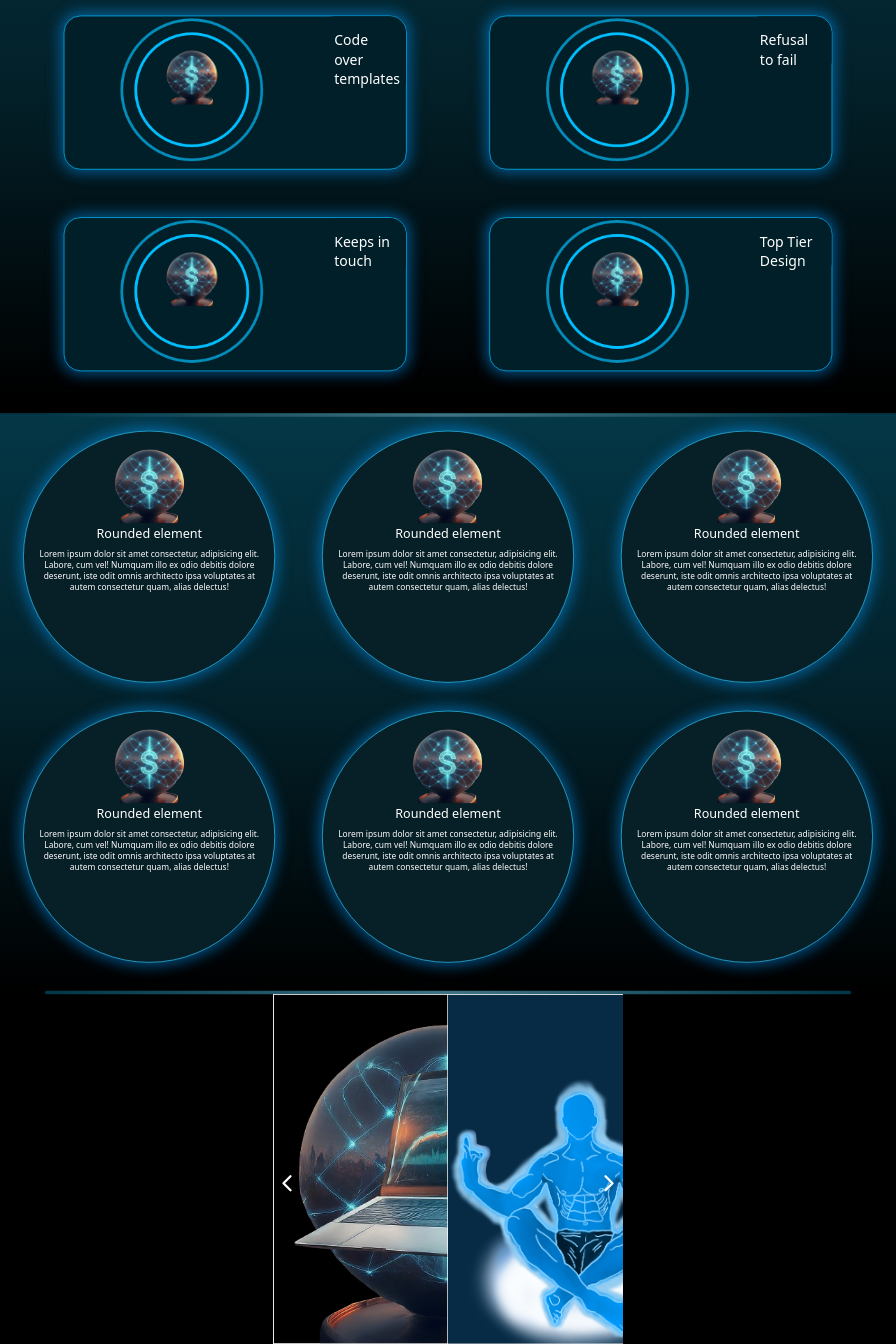
Repository: TMuse333/q3-desings2
Page: /
These files come from the project's save history. The page is drawn as it stood at one moment and after a run of saves; the edit follows.
The browser window is 1280 px wide. The pictures show the part of the page from y = 1046 to 2966 px (the page is 2966 px tall), at 70% of full size.
The project was rebuilt for these pictures with package versions that can differ from the ones it lists, and the page was loaded fresh each time. Also part of the build but not shown: vite.config.ts.

Above is the page before, as saved 2024-05-11 14:11:35.

### src/main.tsx
import React from 'react'
import ReactDOM from 'react-dom/client'
import App from './App.js'
import './index.css'
import {ContextProvider} from './context/context'

ReactDOM.createRoot(document.getElementById('root')!).render(
  <ContextProvider>
  <React.StrictMode>
    <App />
  </React.StrictMode>
  </ContextProvider>,
)

### src/App.tsx


import './App.css'

import Homepage from './components/homepage/homepage'

function App() {


  return (
    <>
<Homepage/>
    </>
  )
}

export default App

### src/index.css
@tailwind base;
@tailwind components;
@tailwind utilities;

#root{
    background-color: black;
    height:100vh;
}

body{
    background-color: black;
}

button{
    padding:0.5rem 2rem;
    background-color: black;
    color:white;
    border-radius: 1rem;
}

h1{
    color:white;
    font-size: 2rem;
}

p{
    color:white;
    /* font-size: 1.5rem; */
}

button{
    background-color: #00769e;
}

.glow {
    box-shadow: 0 0 20px 5px #3e7384;
    box-shadow: 0 0 20px 5px #003647;
box-shadow: 0 0 20px 5px rgba(2, 148, 245, 0.5);
}

.glow:hover{
    box-shadow: 0 0 40px 5px rgba(2, 148, 245, 0.5);
}

### src/context/context.tsx
import React, { createContext, useState, useContext, ReactNode, useEffect } from 'react';

// Define the type for the context value
interface GeneralContextType {
  textYPosition: number;
  setTextYPosition: React.Dispatch<React.SetStateAction<number>>;
  isMobile: boolean;
  setIsMobile: React.Dispatch<React.SetStateAction<boolean>>;
  setSecondCircleComplete:React.Dispatch<React.SetStateAction<boolean[]>>;
  secondCircleComplete: boolean[];
  isMobile2: boolean;
  setIsMobile2: React.Dispatch<React.SetStateAction<boolean>>;
  handleCircleComplete: (index: number, value: boolean) => void;
}

// Create the context
export const GeneralContext = createContext<GeneralContextType | undefined>(undefined);

// Create a provider component
export const ContextProvider: React.FC<{ children: ReactNode }> = ({ children }) => {
  // Initialize the value state
  const [textYPosition, setTextYPosition] = useState<number>(0);

  // Detect mobile devices
  const [isMobile, setIsMobile] = useState<boolean>(window.innerWidth <= 655);

  const [isMobile2, setIsMobile2] = useState<boolean>(window.innerWidth <= 655);

  const [secondCircleComplete, setSecondCircleComplete] = useState<boolean[]>(
    Array.from({ length: 7 }, () => false)
  );

  const handleCircleComplete = (index: number, value: boolean) => {
    setSecondCircleComplete((prev) => {
      const newState = [...prev]; // Create a copy of the previous state array
      newState[index] = value; // Update the value at the specified index
      return newState; // Return the new state array
    });
  };



  useEffect(() => {
    const handleScroll = () => {
      setIsMobile(window.innerWidth <= 655);
    };
    window.addEventListener('scroll', handleScroll);
    handleScroll();

    return () => {
      window.removeEventListener('scroll', handleScroll);
    };
  }, []);

  useEffect(() => {
    const handleScroll = () => {
      setIsMobile2(window.innerWidth <= 400);
    };
    window.addEventListener('scroll', handleScroll);
    handleScroll();

    return () => {
      window.removeEventListener('scroll', handleScroll);
    };
  }, []);

  useEffect(() => {
    console.log('is mobile', isMobile);
  }, [isMobile]);

  const contextValue = {
    textYPosition,
    setTextYPosition,
    isMobile,
    setIsMobile,
    secondCircleComplete,
    setSecondCircleComplete,
    isMobile2,
    setIsMobile2,
    handleCircleComplete
  };

  return <GeneralContext.Provider value={contextValue}>{children}</GeneralContext.Provider>;
};

export const useGeneralContext = (): GeneralContextType => {
  const context = useContext(GeneralContext);
  if (!context) {
    throw new Error('useGeneralContext must be used within a ContextProvider');
  }
  return context;
};

### src/App.css
#root {
  max-width: 1280px;
  margin: 0 auto;
  padding: 2rem;
  text-align: center;
}

.logo {
  height: 6em;
  padding: 1.5em;
  will-change: filter;
  transition: filter 300ms;
}
.logo:hover {
  filter: drop-shadow(0 0 2em #646cffaa);
}
.logo.react:hover {
  filter: drop-shadow(0 0 2em #61dafbaa);
}

.h1{
  color:red;
}

@keyframes logo-spin {
  from {
    transform: rotate(0deg);
  }
  to {
    transform: rotate(360deg);
  }
}

@media (prefers-reduced-motion: no-preference) {
  a:nth-of-type(2) .logo {
    animation: logo-spin infinite 20s linear;
  }
}

.card {
  padding: 2em;
}

.read-the-docs {
  color: #888;
}

### src/components/homepage/homepage.tsx
import React from "react";
import { CircleInfoGraphic } from "../circleInfographic/circleInfoGraphic";
import Content from "../content/content";
import q3 from '../../media/q3-visuals-logo-2.png'
import TextFormat from "../textFormat/textFormat";

// import { TextParallaxContentExample } from "../parallaxText/parallaxText";
import MultiLayerParallax from "../mountainParallax/mountainParallax";
import ParticlesComponent from "../particles/particles";
import nobgLaptop from '../../media/Gemini_Generated_Image_r055a1r055a1r055-removebg-preview.png'
import moneyBall from '../../media/futuristic-money-ball-removebg-preview.png'
import { description1 } from "../../data/data";
import AlternatingText from "../alternatingText/alternatingText";

import CircleList from "../circleListElement/circleList";
import Carousel from "../carousel/carousel";


const Homepage: React.FC = () => {

    const images = [
        moneyBall,
        nobgLaptop,
        q3
    ]


    // useEffect(() => {
    //     const loadTime = window.performance.timing.loadEventEnd - window.performance.timing.navigationStart;
    //     console.log('Page load time:', loadTime, 'milliseconds');
    // }, []);



    return (
        <section className="absolute top-0 left-0 w-screen">


            {/* <ParticlesComponent/> */}
            <MultiLayerParallax/>

            {/* <TextParallaxContentExample/> */}

            {/* <Content
            mainTitle='Your digital presence is important'
            image={nobgLaptop}
            customText={null}
            reverse={true}
            description={description1}
            floatingImage={true}
            hasAnimation={true}
            />

            <AlternatingText/>

            <Content
            mainTitle='Benefits of a website'
            image={moneyBall}
            customText={<TextFormat
            isAnimated={true}
            reverse={false}/>}
            reverse={false}
            description={null}
            floatingImage={true}
            hasAnimation={true}

            /> */}



<div className="relative bg-gradient-to-b from-[#043747] via-[#032029] to-transparent w-screen">
<CircleList/>
</div>

<div className="relative bg-gradient-to-b from-[#043747] via-[#032029] to-transparent w-screen">

<CircleInfoGraphic/>
</div>


<Carousel images={images}

/>




        </section>
    )
}


export default Homepage

### src/components/circleInfographic/circleInfoGraphic.tsx
import React, {useState,useRef } from "react";
import ball from '../../media/futuristic-money-ball-removebg-preview.png'
import { motion,Variants} from 'framer-motion'
import useIntersectionObserver from "../intersectionObserver/intersectionObserver";
interface CircleProps {
    image:string
}

const CircleElement: React.FC<CircleProps> = ({image}) => {

    const [inView, setInView] = useState<boolean>(false)

    const options = {
        root: null,
        rootMargin: '-25px',
        threshold: 1,
    };

    // Apply intersection observer hook to detect when the component is in view
    const componentRef = useIntersectionObserver(setInView, options);

    const circleVariants:Variants =  {
        initial:{
            opacity:0,
            y:-60
        },
        animate:{
            opacity:1,
            y:0
        }
    }

    return (
        <motion.section
        ref={componentRef}
        variants={circleVariants}
        initial='initial'
        animate={inView ? 'animate' : 'initial'}
         className={`mt-5 mb-5
        rounded-full bg-[#071f26] hover:bg-[#0e3a47]
        mr-auto ml-auto transition-all
        h-[95vw] w-[95vw] border border-[#2dc0eb]
        flex flex-col  shadow-xl max-w-[360px]
        max-h-[360px]
        sm:w-[48vw] sm:h-[48vw]
        lg:w-[32vw] lg:h-[32vw]
        ${inView ? 'glow' : ''}`}>

            <div className="mt-4">
            <img className="w-[35vw]
            max-w-[115px] max-h-[115px] h-[35vw]
            sm:w-[10vw] sm:h-[10vw] object-cover
            mr-auto ml-auto"
            src={image}
            />
            <h1 className="text-3xl sm:text-lm lg:text-lg ">Rounded element</h1>
            <p className=" ml-auto mr-auto text-sm sm:text-xs pr-5 pl-5 pt-2">Lorem ipsum dolor sit amet consectetur, adipisicing elit. Labore, cum vel! Numquam illo ex odio debitis dolore deserunt, iste odit omnis architecto ipsa voluptates at autem consectetur quam, alias delectus!</p>
            </div>
        </motion.section>
    )
}


export const CircleInfoGraphic = () => {

    return (
        <>
          <div className="mt-5
        w-[90vw] h-[5px]
         bg-gradient-to-r from-[#003647] via-[#3e7384] to-[#003647]
        ml-auto mr-auto rounded-[200rem]
        ">

       </div>
        <section className={`flex
         justify-center flex-col items-center
          sm:grid sm:grid-cols-2 lg:grid-cols-3
           gap-4 lg:gap-0 w-screen max-w-[1500px]  ml-auto mr-auto
          `}>
            <CircleElement
            image={ball}/>
             <CircleElement
            image={ball}/>
                  <CircleElement
            image={ball}/>
             <CircleElement
            image={ball}/>
             <CircleElement
            image={ball}/>
                  <CircleElement
            image={ball}/>
        </section>
        <div className="mt-5
        w-[90vw] h-[5px]
         bg-gradient-to-r from-[#003647] via-[#3e7384] to-[#003647]
        ml-auto mr-auto rounded-[200rem]">

       </div>
       </>
    )
}

### src/components/mountainParallax/mountainParallax.tsx
import  { useRef } from "react";
import bottom from '../../media/bottom-mountain.png'

import full from '../../media/no-bg-mountain.png'
import q3 from '../../media/q3-words.png'
import { motion, useScroll, useTransform } from 'framer-motion'

export default function MultiLayerParallax() {
    const ref = useRef(null);
    const { scrollYProgress } = useScroll({
      target: ref,
      offset: ["start start", "end start"],
    });
    const backgroundY = useTransform(scrollYProgress, [0, 1], ["0%", "100%"]);
    const textY = useTransform(scrollYProgress, [0, 1], ["-20%", "200%"]);

    return (
      <div
        ref={ref}
        className="w-full h-screen overflow-hidden relative grid place-items-center"
      >
       {/* <motion.div className="z-10 relative"
         style={{ y: textY }}> */}
        <motion.img
style={{
    y:textY
}}
        src={q3}
          className="relative z-10 b"
        />
        {/* <motion.h1 className="relative z-10"
        style={{
            y:textY
        }}>
            slatry
        </motion.h1> */}


        <motion.p style={{
             y:textY
        }}
         className="text-white text-2xl relative z-10  mt-[-30rem] sm:-mt-[40rem]">Elevating Brands with discipline and creativity
         </motion.p>
         {/* </motion.div> */}


        <motion.div
          className="absolute inset-0 z-0"
          style={{
            backgroundImage: `url(${full})`,
            backgroundPosition: "bottom",
            backgroundSize: "cover",
            y: backgroundY,
          }}
        />
        <div
          className="absolute inset-0 z-20"
          style={{
            backgroundImage: `url(${bottom})`,
            backgroundPosition: "bottom",
            backgroundSize: "cover",
          }}
        />
      </div>
    );
  }

### src/components/circleListElement/circleList.tsx
import React, {useState} from "react";
import AppearingCircle from "../circleContent/appearingCircle";
import ball from '../../media/futuristic-money-ball-removebg-preview.png'
import {motion, Variants} from 'framer-motion'
import { useGeneralContext } from "../../context/context";
import laptop from '../../media/Gemini_Generated_Image_r055a1r055a1r055-removebg-preview.png'
import useIntersectionObserver from "../intersectionObserver/intersectionObserver";

interface CircleProps {
    image:string,
    title: string,
    description:string

    index:number
secondCircleComplete: boolean,
handleCircleComplete: (index: number, value: boolean) => void;
}

const CircleListElement: React.FC<CircleProps> = ({image,title, description,
    handleCircleComplete,secondCircleComplete,index
}) => {

    const [descriptionClicked, setDescriptionClicked] = useState<boolean>(false)

    function handleDescriptionClick() {
        setDescriptionClicked(!descriptionClicked)
    }





    const { isMobile }  = useGeneralContext()

    const headerVariants: Variants = {
        initial:{
            opacity:0,
            y: isMobile ? -20 : 0,
        },
        animate:{
            opacity:1,
            y:0,
            transition:{
                delay: 0.3
            }
        }

    }




    return (
        <div className=" relative flex glow justify-center  md:h-[220px]
        h-[220px] sm:h-[auto]
        md:flex-row w-[calc(100vw-5px)]  md:w-[40vw] sm2:w-[40vw] items-center sm:items-start mb-10 md:mt-3 bg-[#011f29]
        rounded-3xl max-w-[490px] ml-auto mr-auto border border-q-blue">
<AppearingCircle
secondCircleComplete={secondCircleComplete}
handleCircleComplete={handleCircleComplete}
image={image}
index={index}


/>
<section className="relative text-left pr-0 flex flex-col bg-[#011f29] rounded-3xl
h-auto min-h-0 max-h-full   items-center z-1">
<motion.h1
onClick={handleDescriptionClick}
variants={headerVariants}
initial={'initial'}
animate={secondCircleComplete ? 'animate' : 'initial'}
 className="text-white text-xl w-[80px]  ml-auto mr-auto mt-5
 "
>{title}
 </motion.h1>

<p className={`rounded-lg text-left mt-3 pl-3 pr-3 bg-blue-600 transition-height ease-in duration-300 bg-blue-800 ${descriptionClicked ? ' h-[220px] w-[125px] overflow-scroll pt-5 border-2 border-rose-500' : 'h-0 w-[125px]  overflow-hidden pt-0'}`}>
  {description}
</p>
</section>

        </div>
    )
}



const CircleList: React.FC = () => {

    const {secondCircleComplete, handleCircleComplete}
    = useGeneralContext()

    return (
        <>
        <h1>We get it done</h1>
 <section className="relative
         sm2:grid sm2:grid-cols-2 gap-4 max-w-[1200px] ml-auto
         mr-auto justify-center items-center
">
            {/* <div className="-translate-x-5"> */}
            <CircleListElement
            handleCircleComplete={handleCircleComplete}
            secondCircleComplete={secondCircleComplete[0]}
        index={0}
            image={ball}
            title='Absolute Tenacity'
            description='Be a man of your word'
            />
            {/* </div> */}
            <CircleListElement
            secondCircleComplete={secondCircleComplete[1]}
            handleCircleComplete={handleCircleComplete}
            index={1}
            image={laptop}

            title='Extreme Discipline'
            description='Gym. Code. Quantum Realm. Repeat'
            />

            <CircleListElement
            secondCircleComplete={secondCircleComplete[2]}
            handleCircleComplete={handleCircleComplete}
            index={2}
            image={ball}
            title='Code over templates'
            description='We are not template using pussies we write banging code'
            />

            <CircleListElement
            secondCircleComplete={secondCircleComplete[3]}
            handleCircleComplete={handleCircleComplete}
            index={3}
            image={ball}
            title='Refusal to fail'
            description='Gym. Code. Quantum Realm. Repeat'
            />

<CircleListElement
secondCircleComplete={secondCircleComplete[4]}
handleCircleComplete={handleCircleComplete}
index={4}
            image={ball}
            title='Keeps in touch'
            description='We are not template using pussies we write banging code'
            />

            <CircleListElement
            secondCircleComplete={secondCircleComplete[5]}
            handleCircleComplete={handleCircleComplete}
            index={5}
            image={ball}
            title='Top Tier Design'
            description='Gym. Code. Quantum Realm. Repeat'
            />



        </section>
        </>
    )
}

export default CircleList

### src/components/carousel/carousel.tsx
import React, {useState} from 'react'
import { ChevronLeft, ChevronRight } from "react-feather";

interface CarouselProps {
    images:string[]
}


const Carousel:React.FC<CarouselProps> = ({images}) =>{

    const [imageIndex, setImageIndex] = useState<number>(0)

    const handleNext = () => {
        setImageIndex((prevIndex) => (prevIndex + 1) % images.length);
      };

      const handlePrev = () => {
        setImageIndex((prevIndex) => (prevIndex - 1 + images.length) % images.length);
      };

    return (
        <>

        <div className='w-screen  z-3
flex
justify-center items-center'>


        <section className='overflow-hidden relative w-[500px]   '>

            <div className='flex   relative '
             >
                {images.map((image,index) => (
                    <img src={image}
                    key={index}
                    className='transition-transform
                    h-[500px]
                    border border-white
                    '
                    style={{
                        transform:`translateX(-${index * 100}%)`
                    }}

                    />
                ))}
                    <div className=' w-[100%]
                    flex flex-row justify-between
                    top-[50%]'>



                <button className='bg-transparent absolute
                left-[0%] top-[50%] p-0'>
                    <ChevronLeft
                    onClick={handlePrev}
                    size={40}/>
                </button>

                <button className='bg-transparent absolute
                right-[0%] top-[50%] p-0'>
                 <ChevronRight
                 onClick={handleNext}
                 size={40}/>
                </button>
            </div>
            </div>
        </section>
        </div>
            </>

    )
}

export default Carousel

### src/components/intersectionObserver/intersectionObserver.tsx
import { useEffect, useRef, Dispatch, SetStateAction } from "react";

interface IntersectionObserverOptions {
  root: Element | null;
  rootMargin?: string;
  threshold?: number | number[];
}

const useIntersectionObserver = (
  setInView: Dispatch<SetStateAction<boolean>>,
  options: IntersectionObserverOptions
) => {
  const componentRef = useRef<HTMLDivElement>(null);

  useEffect(() => {
    const observer = new IntersectionObserver(([entry]) => {
      // Update the state based on whether the component is in view
      if (entry.isIntersecting) {
        setInView(true);
        observer.disconnect();
      }
    }, options);

    if (componentRef.current) {
      observer.observe(componentRef.current);
    }

    return () => {
      if (componentRef.current) {
        observer.unobserve(componentRef.current);
      }
    };
  }, [setInView, options]);

  return componentRef;
};

export default useIntersectionObserver;

Loaded but not shown: index.html (common file); tailwind.config.js (21 lines, source omitted); src/components/circleContent/appearingCircle.tsx (297 lines, source omitted)

After the next 2 saves:
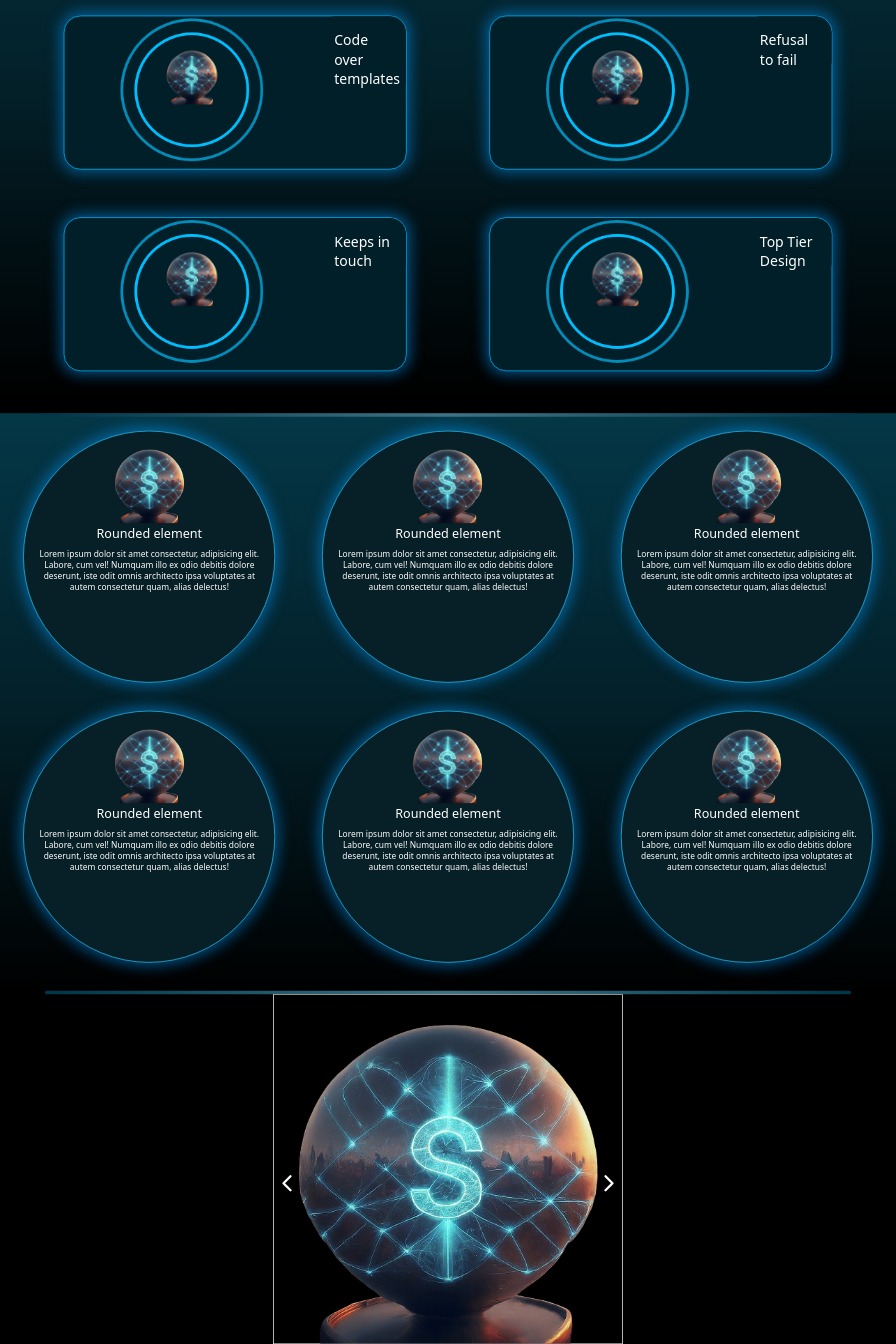
The 2 saves are shown as one change because they came seconds apart.
The last was saved 2 min 12 s later.
--- a/src/components/carousel/carousel.tsx
+++ b/src/components/carousel/carousel.tsx
@@ -38,7 +38,7 @@ justify-center items-center'>
                     border border-white
                     '
                     style={{
-                        transform:`translateX(-${index * 100}%)`
+                        transform:`translateX(-${imageIndex * 100}%)`
                     }}
 
                     />
